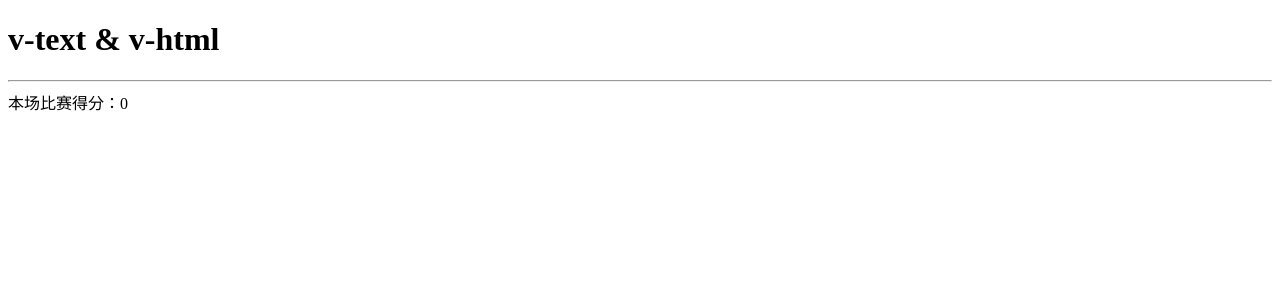
Repository: 13982720426/vue2.0-LearningNotes
Page: example/v-on.html
An editor plug-in stored every save of this project. The page is shown before and after the next save, followed by the edit.
The browser window is 1280 px wide. The pictures show the whole page.

Above is the page before, as saved 2021-06-17 20:00:51.

After the next save:
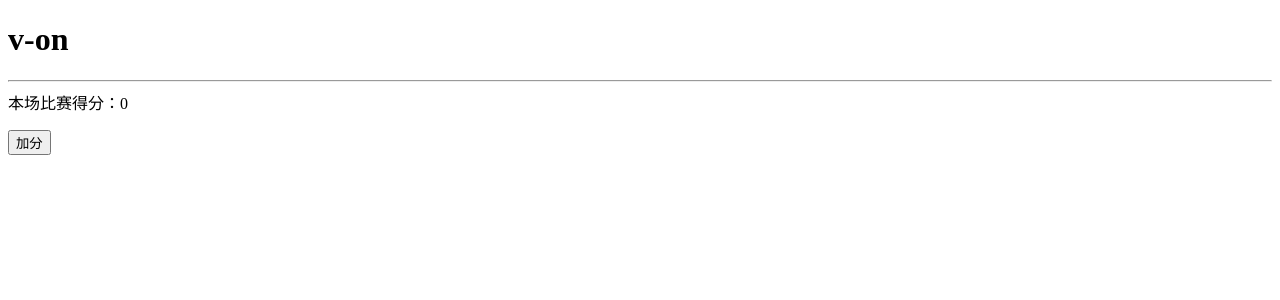
Saved 64 s later.
--- a/example/v-on.html
+++ b/example/v-on.html
@@ -4,13 +4,18 @@
     <meta charset="UTF-8" />
     <meta http-equiv="X-UA-Compatible" content="IE=edge" />
     <meta name="viewport" content="width=device-width, initial-scale=1.0" />
-    <title>v-text & v-html</title>
+    <title>v-on</title>
     <script type="text/javascript" src="../assets/js/vue.js"></script>
   </head>
   <body>
-    <h1>v-text & v-html</h1>
+    <h1>v-on</h1>
     <hr />
-    <div id="app">本场比赛得分：{{fenshu}}</div>
+    <div id="app">
+      本场比赛得分：{{fenshu}}
+      <p>
+        <button v-on:click="jiafen">加分</button>
+      </p>
+    </div>
     <script type="text/javascript">
       var app = new Vue({
         el: '#app',
